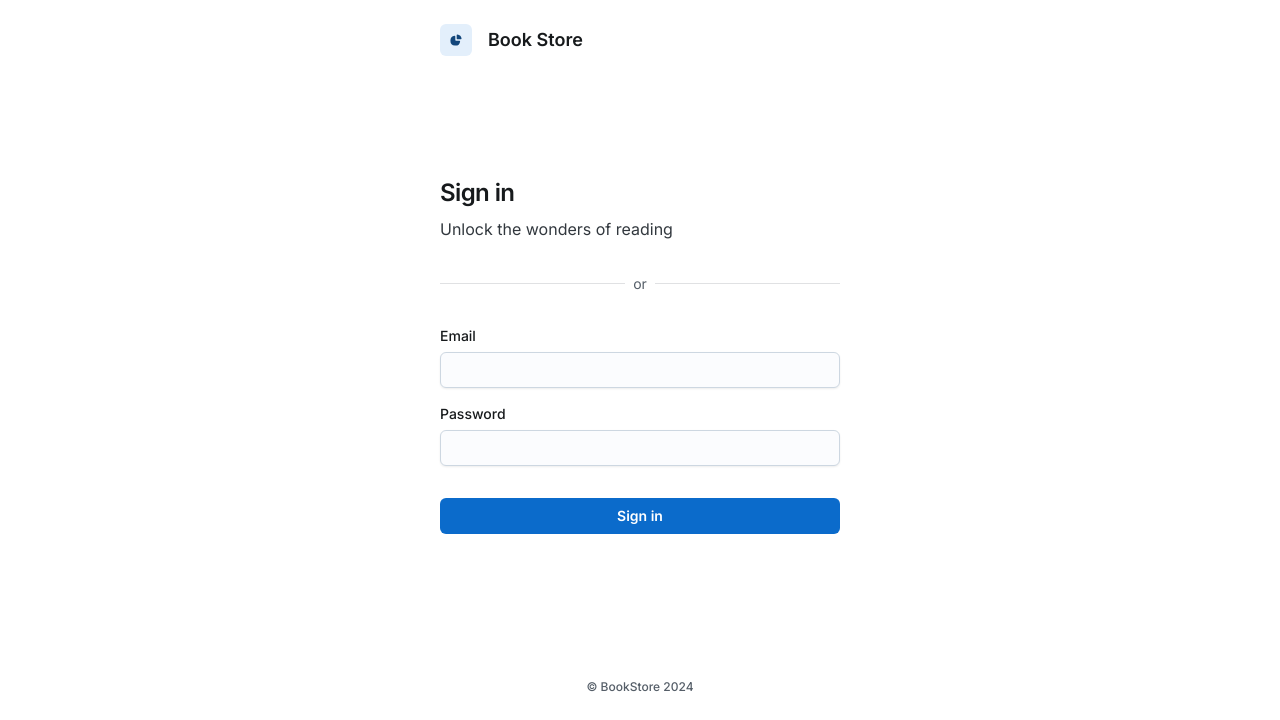
Repository: LaurentiusKevin/bookstore-fe
Page: /auth/login
These files come from the project's save history. The page is drawn as it stood at one moment and after the next save; the edit follows.
The browser window is 1280 px wide. The pictures show the whole page.
The project was rebuilt for these pictures with package versions that can differ from the ones it lists, and the page was loaded fresh each time. The framework's server and built-in components were replaced by stand-ins that run in the browser. Also part of the build but not shown: next.config.mjs.

Above is the page before, as saved 2024-04-07 00:59:40.

### src/app/layout.tsx
import type { Metadata } from "next";
import { Inter } from "next/font/google";
import "@fontsource/inter";
import ThemeRegistry from "@/components/admin/theme-registry";
import { Providers } from "@/providers";
import { ReactNode } from "react";

const inter = Inter({ subsets: ["latin"] });

export const metadata: Metadata = {
  title: "Create Next App",
  description: "Generated by create next app",
};

export default function RootLayout({
  children,
}: Readonly<{
  children: ReactNode;
}>) {
  return (
    <html lang="en">
      <body>
        <ThemeRegistry options={{ key: "joy" }}>
          <Providers>{children}</Providers>
        </ThemeRegistry>
      </body>
    </html>
  );
}

### src/app/auth/login/page.tsx
"use client";

import {
  Box,
  Button,
  Checkbox,
  CssBaseline,
  CssVarsProvider,
  Divider,
  FormControl,
  FormLabel,
  formLabelClasses,
  GlobalStyles,
  IconButton,
  Input,
  Stack,
  Typography,
} from "@mui/joy";
import { HiMiniChartPie } from "react-icons/hi2";
import Link from "next/link";
import { BsGoogle } from "react-icons/bs";
import { useRouter } from "next/navigation";
import { useForm } from "react-hook-form";
import SnackbarCustom from "@/components/snackbar-custom";
import { useState } from "react";

interface FormData {
  email: string;
  password: string;
}

export default function AuthSignIn() {
  const route = useRouter();
  const [snackbarOpen, setSnackbarOpen] = useState(false);
  const [snackbarColor, setSnackbarColor] = useState("");
  const [snackbarContent, setSnackbarContent] = useState("");

  const {
    register,
    handleSubmit,
    watch,
    setValue,
    resetField,
    formState: { errors },
  } = useForm<FormData>();

  const onSignIn = (data: FormData) => {
    // void authMutation.mutate(data);
  };

  return (
    <CssVarsProvider defaultMode="dark" disableTransitionOnChange>
      <CssBaseline />
      <GlobalStyles
        styles={{
          ":root": {
            "--Collapsed-breakpoint": "769px", // form will stretch when viewport is below `769px`
            "--Cover-width": "50vw", // must be `vw` only
            "--Form-maxWidth": "800px",
            "--Transition-duration": "0.4s", // set to `none` to disable transition
          },
        }}
      />
      <Box
        sx={(theme) => ({
          transition: "width var(--Transition-duration)",
          transitionDelay: "calc(var(--Transition-duration) + 0.1s)",
          position: "relative",
          zIndex: 1,
          display: "flex",
          justifyContent: "center",
          backdropFilter: "blur(12px)",
          backgroundColor: "rgba(255 255 255 / 0.2)",
          [theme.getColorSchemeSelector("dark")]: {
            backgroundColor: "rgba(19 19 24 / 0.4)",
          },
        })}
      >
        <Box
          sx={{
            display: "flex",
            flexDirection: "column",
            minHeight: "100dvh",
            maxWidth: "100%",
            px: 2,
          }}
        >
          <Box
            component="header"
            sx={{
              py: 3,
              display: "flex",
              alignItems: "left",
              justifyContent: "space-between",
            }}
          >
            <Box sx={{ gap: 2, display: "flex", alignItems: "center" }}>
              <IconButton variant="soft" color="primary" size="sm">
                <HiMiniChartPie />
              </IconButton>
              <Typography level="title-lg">Book Store</Typography>
            </Box>
            {/*<ColorSchemeToggle />*/}
          </Box>
          <Box
            component="main"
            sx={{
              my: "auto",
              py: 2,
              pb: 5,
              display: "flex",
              flexDirection: "column",
              gap: 2,
              width: 400,
              maxWidth: "100%",
              mx: "auto",
              borderRadius: "sm",
              "& form": {
                display: "flex",
                flexDirection: "column",
                gap: 2,
              },
              [`& .${formLabelClasses.asterisk}`]: {
                visibility: "hidden",
              },
            }}
          >
            <Stack gap={4} sx={{ mb: 2 }}>
              <Stack gap={1}>
                <Typography level="h3">Sign in</Typography>
                <Typography>Unlock the wonders of reading</Typography>
              </Stack>
            </Stack>
            <Divider
              sx={(theme) => ({
                [theme.getColorSchemeSelector("light")]: {
                  color: { xs: "#FFF", md: "text.tertiary" },
                  "--Divider-lineColor": {
                    xs: "#FFF",
                    md: "var(--joy-palette-divider)",
                  },
                },
              })}
            >
              or
            </Divider>
            <Stack gap={4} sx={{ mt: 2 }}>
              <form onSubmit={handleSubmit(onSignIn)}>
                <FormControl required>
                  <FormLabel>Email</FormLabel>
                  <Input
                    {...register("email", { required: "Required!" })}
                    type="email"
                    name="email"
                  />
                </FormControl>
                <FormControl required>
                  <FormLabel>Password</FormLabel>
                  <Input
                    {...register("password", { required: "Required!" })}
                    type="password"
                    name="password"
                  />
                </FormControl>
                <Stack gap={4} sx={{ mt: 2 }}>
                  <Button type="submit" fullWidth>
                    Sign in
                  </Button>
                </Stack>
              </form>
            </Stack>
          </Box>
          <Box component="footer" sx={{ py: 3 }}>
            <Typography level="body-xs" textAlign="center">
              © BookStore {new Date().getFullYear()}
            </Typography>
          </Box>
        </Box>
      </Box>
      <SnackbarCustom
        autoHideDuration={5000}
        variant="soft"
        onClose={() => setSnackbarOpen(false)}
        open={snackbarOpen}
      >
        {snackbarContent}
      </SnackbarCustom>
    </CssVarsProvider>
  );
}

### src/components/admin/theme-registry.tsx
"use client";
import createCache from "@emotion/cache";
import { useServerInsertedHTML } from "next/navigation";
import { CacheProvider } from "@emotion/react";
import { CssVarsProvider } from "@mui/joy/styles";
import CssBaseline from "@mui/joy/CssBaseline";
import * as React from "react";
import { ReactNode } from "react";

// This implementation is from emotion-js
// https://github.com/emotion-js/emotion/issues/2928#issuecomment-1319747902
export default function ThemeRegistry(props: {
  options: { key: string };
  children: ReactNode;
}) {
  const { options, children } = props;

  const [{ cache, flush }] = React.useState(() => {
    const cache = createCache(options);
    cache.compat = true;
    const prevInsert = cache.insert;
    let inserted: string[] = [];
    cache.insert = (...args) => {
      const serialized = args[1];
      if (cache.inserted[serialized.name] === undefined) {
        inserted.push(serialized.name);
      }
      return prevInsert(...args);
    };
    const flush = () => {
      const prevInserted = inserted;
      inserted = [];
      return prevInserted;
    };
    return { cache, flush };
  });

  useServerInsertedHTML(() => {
    const names = flush();
    if (names.length === 0) {
      return null;
    }
    let styles = "";
    for (const name of names) {
      styles += cache.inserted[name];
    }
    return (
      <style
        key={cache.key}
        data-emotion={`${cache.key} ${names.join(" ")}`}
        dangerouslySetInnerHTML={{
          __html: styles,
        }}
      />
    );
  });

  return (
    <CacheProvider value={cache}>
      <CssVarsProvider>
        {/* the custom theme is optional */}
        <CssBaseline />
        {children}
      </CssVarsProvider>
    </CacheProvider>
  );
}

### src/providers.tsx
"use client";

import React, { ReactNode } from "react";

export function Providers({ children }: { children: ReactNode }) {
  return <>{children}</>;
}

### src/components/snackbar-custom.tsx
import { Snackbar, SnackbarProps } from "@mui/joy";
import { UseSnackbarParameters } from "@mui/base";
import { ReactNode } from "react";

interface SnackbarCustomInterface extends UseSnackbarParameters {
  children: ReactNode;
}

export default function SnackbarCustom({
  autoHideDuration,
  open,
  onClose,
  color,
  variant,
  children,
}: SnackbarCustomInterface & SnackbarProps) {
  return (
    <Snackbar
      autoHideDuration={autoHideDuration}
      open={open}
      onClose={onClose}
      color={color}
      variant={variant}
    >
      {children}
    </Snackbar>
  );
}

After the next save:
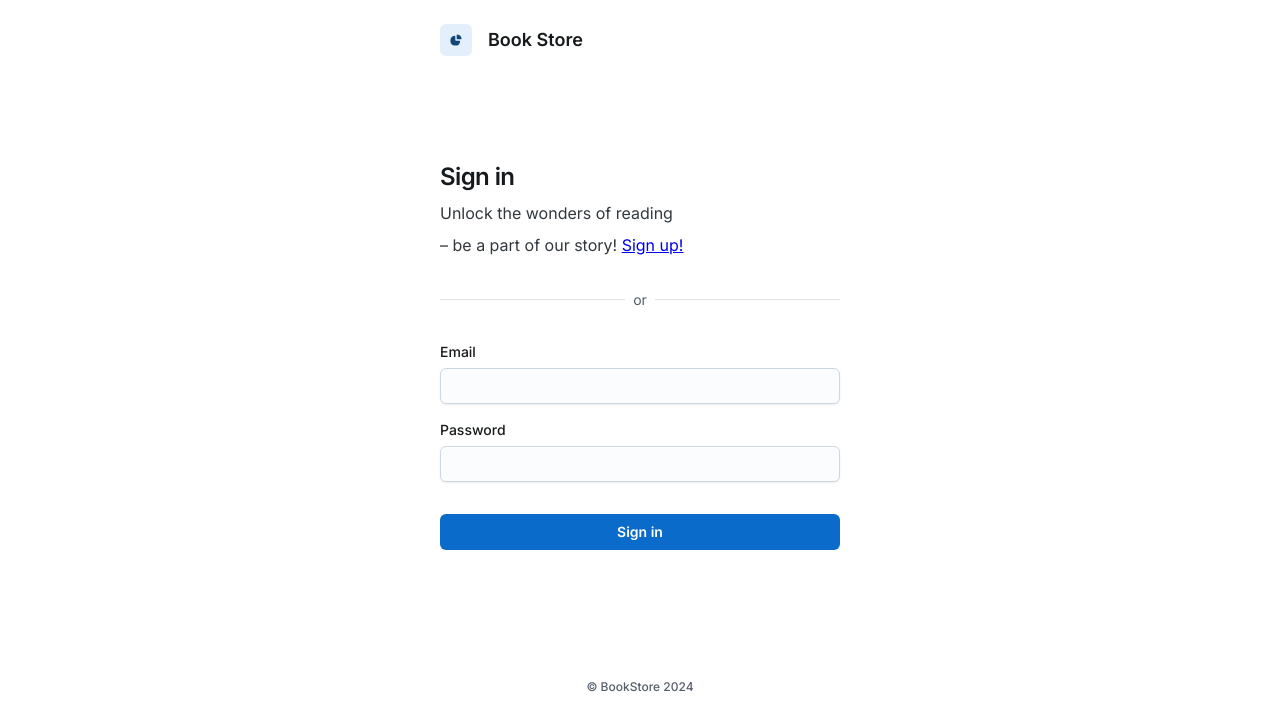
Saved 5 s later.
--- a/src/app/auth/login/page.tsx
+++ b/src/app/auth/login/page.tsx
@@ -129,6 +129,10 @@ export default function AuthSignIn() {
               <Stack gap={1}>
                 <Typography level="h3">Sign in</Typography>
                 <Typography>Unlock the wonders of reading</Typography>
+                <Typography>
+                  – be a part of our story!{" "}
+                  <Link href="#replace-with-a-link">Sign up!</Link>
+                </Typography>
               </Stack>
             </Stack>
             <Divider
